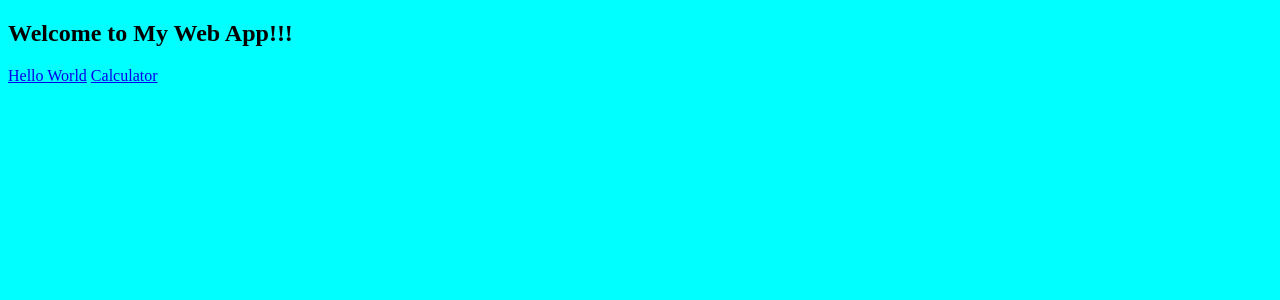
Repository: ravangs/trainingprojects
Page: mywebapp/src/main/webapp/index.html
The author's editor kept a copy of each file at every save. The page is drawn from the files as they stood at one save, then again after the next save.
The browser window is 1280 px wide. The pictures show the whole page.

Above is the page before, as saved 2019-07-16 06:18:26.

After the next save:
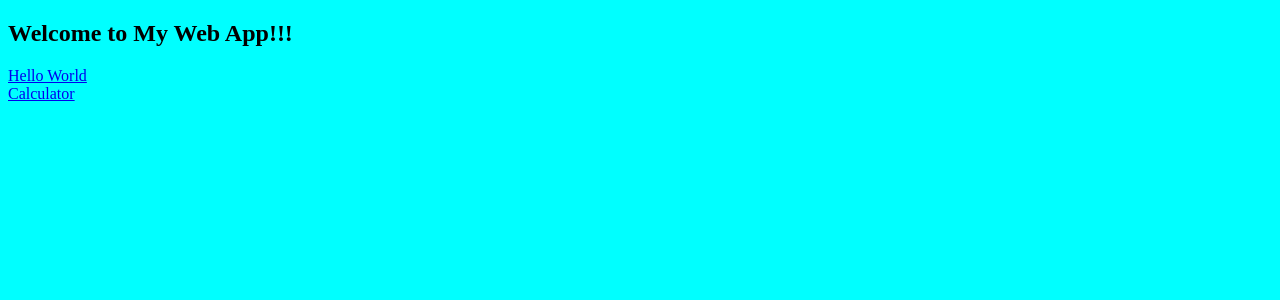
Saved 95 s later.
--- a/mywebapp/src/main/webapp/index.html
+++ b/mywebapp/src/main/webapp/index.html
@@ -9,8 +9,8 @@
 <h2>Welcome to My Web App!!!</h2>
 
 <a href = hello>Hello World</a>
-
-<a href = calculator>Calculator</a>
+<br>
+<a href = calc>Calculator</a>
 <br>
 
 </body>
